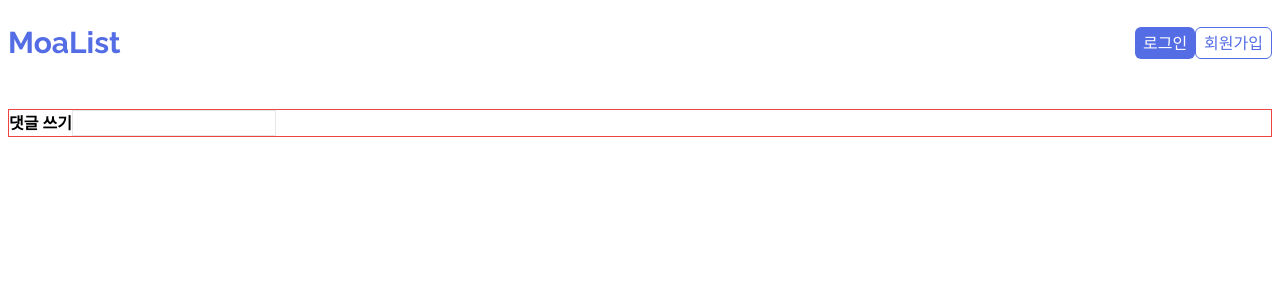
Repository: wisdomshin/moa-list
Page: /comment/new
An editor plug-in stored every save of this project. The page is shown before and after the next save, followed by the edit.
The browser window is 1280 px wide. The pictures show the whole page.
The page's requests for data from a server got no answer. The project was rebuilt for these pictures with package versions that can differ from the ones it lists, and the page was loaded fresh each time. The framework's server and built-in components were replaced by stand-ins that run in the browser. No one was signed in, and anything a server would have sent is missing. Also part of the build but not shown: next.config.mjs, components/layout/LogoutBtn.js.

Above is the page before, as saved 2024-02-21 00:22:36.

### app/layout.js
import { Open_Sans } from 'next/font/google';
import './globals.css';
import Header from '@/components/layout/Header';

const sans = Open_Sans({ subsets: ['latin'] });

export const metadata = {
  title: 'MoaList',
  description: '나만의 위시리스트를 모아리스트에 저장해보세요!',
  icons: {
    icon: '/favicon.svg',
  },
};

export default function RootLayout({ children }) {
  return (
    <html lang='ko' className={sans.className}>
      <body className='flex flex-col w-full max-w-screen-xl p-2 mx-auto'>
        <Header />
        <main className='mt-8'>{children}</main>
      </body>
    </html>
  );
}

### app/comment/new/page.js
export default function CommentWrite() {
  return (
    <section className='border border-red-500'>
      <b>댓글 쓰기</b>
      <input type='text' className='border' />
      <button />
    </section>
  );
}

### app/globals.css
@tailwind base;
@tailwind components;
@tailwind utilities;

* {
  box-sizing: border-box;
}
button {
  cursor: pointer;
  outline: none;
}

### components/layout/Header.js
import Link from 'next/link';
import { Raleway } from 'next/font/google';
import LoginBtn from './LoginBtn';
import { getServerSession } from 'next-auth';
import { authOptions } from '@/pages/api/auth/[...nextauth]';
import LogoutBtn from './LogoutBtn';
import Image from 'next/image';

const raleway = Raleway({ subsets: ['latin'] });

export default async function Header() {
  const session = await getServerSession(authOptions);

  return (
    <header className='flex items-center justify-between py-4'>
      <h1 className='text-3xl font-bold text-[#546de5]'>
        <Link href='/' className={raleway.className}>
          MoaList<i className='bi bi-list-stars'></i>
        </Link>
      </h1>
      <nav>
        {session ? (
          <div className='flex items-center gap-4'>
            <Link href='/moa' className=' text-[#546de5] text-xl'>
              moa
            </Link>
            <div className='flex items-center gap-2'>
              {session.user.image ? (
                <span className='w-[32px] h-[32px]'>{session.user.image}</span>
              ) : (
                <span className='bg-gray-200 w-[32px] h-[32px] rounded-full flex justify-center items-center'>
                  <Image
                    src='/avatar.svg'
                    width={25}
                    height={25}
                    alt={session.user.name}
                  />
                </span>
              )}
              <span className='text-lg'>{session.user.name}</span>
            </div>
            <LogoutBtn />
          </div>
        ) : (
          <>
            <LoginBtn />
            <Link
              href='/register'
              className='border border-[#546de5] text-[#546de5] px-2 py-1 rounded-md'
            >
              회원가입
            </Link>
          </>
        )}
      </nav>
    </header>
  );
}

### components/layout/LoginBtn.js
'use client';

import { signIn } from 'next-auth/react';

export default function LoginBtn() {
  return (
    <button
      onClick={() => signIn()}
      className='bg-[#546de5] text-white py-1 px-2 rounded-md'
    >
      로그인
    </button>
  );
}

### pages/api/auth/[...nextauth].js
import NextAuth from 'next-auth';
import { MongoDBAdapter } from '@next-auth/mongodb-adapter';
import GithubProvider from 'next-auth/providers/github';
import GoogleProvider from 'next-auth/providers/google';
import CredentialsProvider from 'next-auth/providers/credentials';
import bcrypt from 'bcrypt';
import { connectDB } from '@/util/database';

export const authOptions = {
  providers: [
    GithubProvider({
      clientId: process.env.GITHUB_CLIENT_ID,
      clientSecret: process.env.GITHUB_CLIENT_SECRET,
    }),
    GoogleProvider({
      clientId: process.env.GOOGLE_CLIENT_ID,
      clientSecret: process.env.GOOGLE_CLIENT_SECRET,
    }),

    CredentialsProvider({
      //1. 로그인페이지 폼 자동생성해주는 코드
      name: 'credentials',
      credentials: {
        email: { label: 'email', type: 'text' },
        password: { label: 'password', type: 'password' },
      },

      //2. 로그인요청시 실행되는코드
      //직접 DB에서 아이디,비번 비교하고
      //아이디,비번 맞으면 return 결과, 틀리면 return null 해야함
      async authorize(credentials) {
        let db = (await connectDB).db('moalist');
        let user = await db
          .collection('user_cred')
          .findOne({ email: credentials.email });
        if (!user) {
          // console.log('해당 이메일은 없음');
          return null;
        }
        const pwcheck = await bcrypt.compare(
          credentials.password,
          user.password
        );
        if (!pwcheck) {
          // console.log('비번틀림');
          return null;
        }
        return user;
      },
    }),
  ],

  //3. jwt 써놔야 잘됩니다 + jwt 만료일설정
  session: {
    strategy: 'jwt',
    maxAge: 30 * 24 * 60 * 60, //30일
  },

  callbacks: {
    //4. jwt 만들 때 실행되는 코드
    //user변수는 DB의 유저정보담겨있고 token.user에 뭐 저장하면 jwt에 들어갑니다.
    jwt: async ({ token, user }) => {
      if (user) {
        token.user = {};
        token.user.name = user.name;
        token.user.email = user.email;
      }
      return token;
    },
    //5. 유저 세션이 조회될 때 마다 실행되는 코드
    session: async ({ session, token }) => {
      session.user = token.user;
      return session;
    },
  },

  secret: process.env.NEXTAUTH_SECRET,
  adapter: MongoDBAdapter(connectDB),
};
export default NextAuth(authOptions);

### util/database.js
import { MongoClient } from 'mongodb';

const url = process.env.MONGODB_URL;
const options = { useNewUrlParser: true };
let connectDB;

if (process.env.NODE_ENV === 'development') {
  if (!global._mongo) {
    global._mongo = new MongoClient(url, options).connect();
  }
  connectDB = global._mongo;
} else {
  connectDB = new MongoClient(url, options).connect();
}
export { connectDB };

Loaded but not shown: tailwind.config.js (common file)

After the next save:
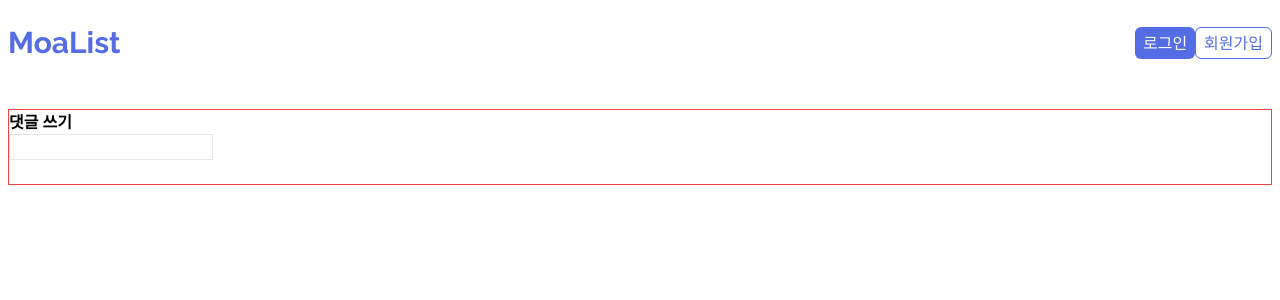
Saved 18 s later.
--- a/app/comment/new/page.js
+++ b/app/comment/new/page.js
@@ -2,7 +2,7 @@ export default function CommentWrite() {
   return (
     <section className='border border-red-500'>
       <b>댓글 쓰기</b>
-      <input type='text' className='border' />
+      <input type='text' className='block border' />
       <button />
     </section>
   );
